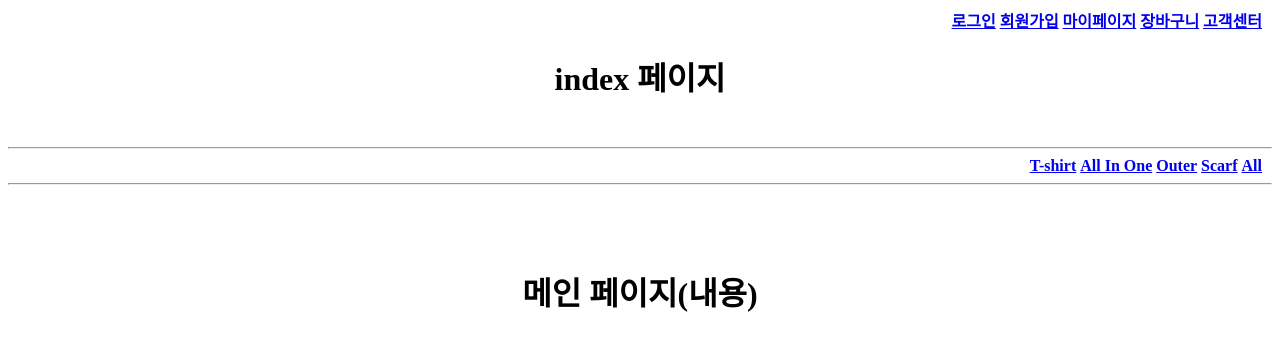
Repository: leeseungho1994/shopping
Page: http://localhost/shopping/index
These files come from the project's save history. The page is drawn as it stood at one moment and after the next save; the edit follows.
The browser window is 1280 px wide. The pictures show the whole page.
The page is served by Tomcat 9. Other server files are loaded and not shown.

Above is the page before, as saved 2020-12-10 03:28:20.

### shopping/src/main/webapp/WEB-INF/views/index/index.jsp
<%@ page language="java" contentType="text/html; charset=UTF-8"
    pageEncoding="UTF-8"%>
<!DOCTYPE html>
<html>
<head>
<meta charset="UTF-8">
<title>메인 페이지</title>
</head>
<body>
<div style="text-align: right; margin-right: 10px;">
	<a href="#"><b>로그인</b></a>
	<a href="#"><b>회원가입</b></a>
	<a href="#"><b>마이페이지</b></a>
	<a href="#"><b>장바구니</b></a>
	<a href="#"><b>고객센터</b></a>
</div>
<h1 style="text-align: center">index 페이지</h1><br>
<hr>
<div style="text-align: right; margin-right: 10px;">
	<a href="#"><b>T-shirt</b></a>
	<a href="#"><b>All In One</b></a>
	<a href="#"><b>Outer</b></a>
	<a href="#"><b>Scarf</b></a>
	<a href="#"><b>All</b></a>
</div>
<hr>
<br><br><br>
<h1 style="text-align: center">메인 페이지(내용)</h1>
</body>
</html>

After the next save:
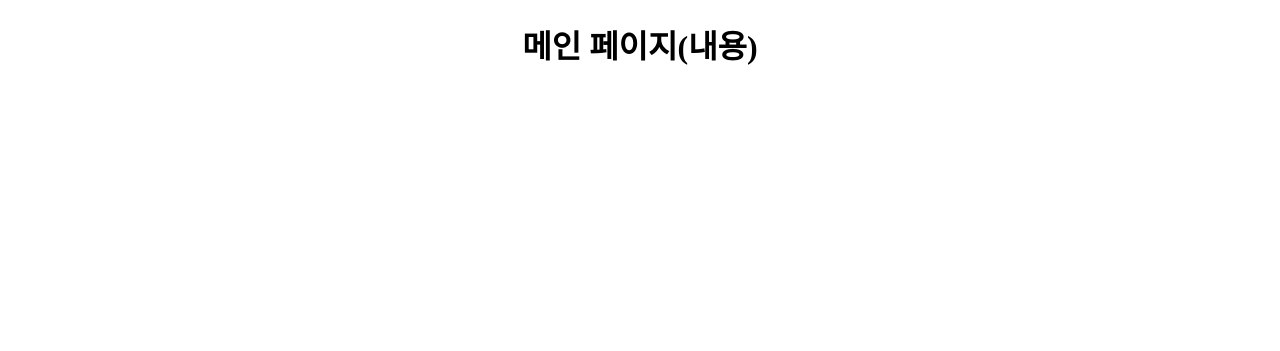
Saved 26 s later.
--- a/shopping/src/main/webapp/WEB-INF/views/index/index.jsp
+++ b/shopping/src/main/webapp/WEB-INF/views/index/index.jsp
@@ -6,25 +6,6 @@
 <meta charset="UTF-8">
 <title>메인 페이지</title>
 </head>
-<body>
-<div style="text-align: right; margin-right: 10px;">
-	<a href="#"><b>로그인</b></a>
-	<a href="#"><b>회원가입</b></a>
-	<a href="#"><b>마이페이지</b></a>
-	<a href="#"><b>장바구니</b></a>
-	<a href="#"><b>고객센터</b></a>
-</div>
-<h1 style="text-align: center">index 페이지</h1><br>
-<hr>
-<div style="text-align: right; margin-right: 10px;">
-	<a href="#"><b>T-shirt</b></a>
-	<a href="#"><b>All In One</b></a>
-	<a href="#"><b>Outer</b></a>
-	<a href="#"><b>Scarf</b></a>
-	<a href="#"><b>All</b></a>
-</div>
-<hr>
-<br><br><br>
 <h1 style="text-align: center">메인 페이지(내용)</h1>
 </body>
 </html>
